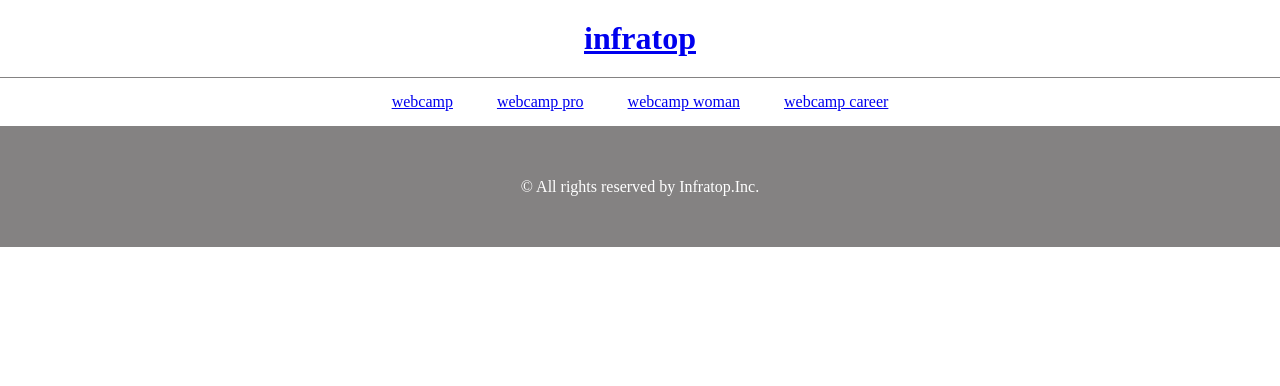
Repository: Takahiro620/dmmwebcamp
Page: enshu5/enshu5.html
The author's editor kept a record of every edit. The page is drawn from the files as they stood at one moment, then again after the next edit.
The browser window is 1280 px wide. The pictures show the whole page.

Above is the page before.

### enshu5/enshu5.html
<!DOCTYPE html>
<html lang="ja">
  <head>
    <meta charset="UTF-8" />
    <!-- CSSファイルの読み込み -->
    <link rel="stylesheet" href="enshu5.css" />
    <title>CARAVAN</title>
  </head>

  <body>

    <header>
      <h1 class="heading">
        <a href="http://infratop.jp/">
          infratop
        </a>
      </h1>
    </header>



    <nav>
      <ul class="nav-list">
        <li class="nav-list-item">
          <a href="enshu5.html">webcamp</a>
        </li>
        <li class="nav-list-item">
          <a href="enshu5.html">webcamp pro</a>
        </li>
        <li class="nav-list-item">
          <a href="enshu5.html">webcamp woman</a>
        </li>
        <li class="nav-list-item">
          <a href="enshu5.html">webcamp career</a>
        </li>
      </ul>
    </nav>




  <div class="main">
    <div class="box1"></div>
    <div class="box2"></div>
    <div class="box3"></div>
    <div class="box4"></div>
    <div class="box5"></div>
    <div class="box6"></div>
    <div class="box7"></div>
    <div class="box8"></div>
    <div class="box9"></div>
    <div class="box10"></div>
    <div class="box11"></div>
    <div class="box12"></div>
  </div>




    <footer>
      <p class="footer-text">© All rights reserved by Infratop.Inc.<p/>
    </footer>

  </body>
</html>

### enshu5/enshu5.css
* {
  margin: 0;
  padding: 0;
  box-sizing: border-box;
}




header {
  width: 100%;
  padding: 20px 0;
  margin: 0 auto;
  text-align: center;
}
header .heading { /* headerタグ内のheadingクラスにのみ反映される */
  font-size: 32px;
}




.nav-list{
  text-align: center;
  padding:15px auto;
  margin:0;
  border-bottom: 1px solid #848282;
  border-top: 1px solid #848282;
}
.nav-list-item{
  display: inline-block;
  list-style:none;
  margin:15px 20px;
}




footer{
  width: 100%;
  height: 120px;
  background-color: #848282;
  text-align:center;
  line-height: 120px;
}

.footer-text{
  color: #fff;
}

After the next edit:
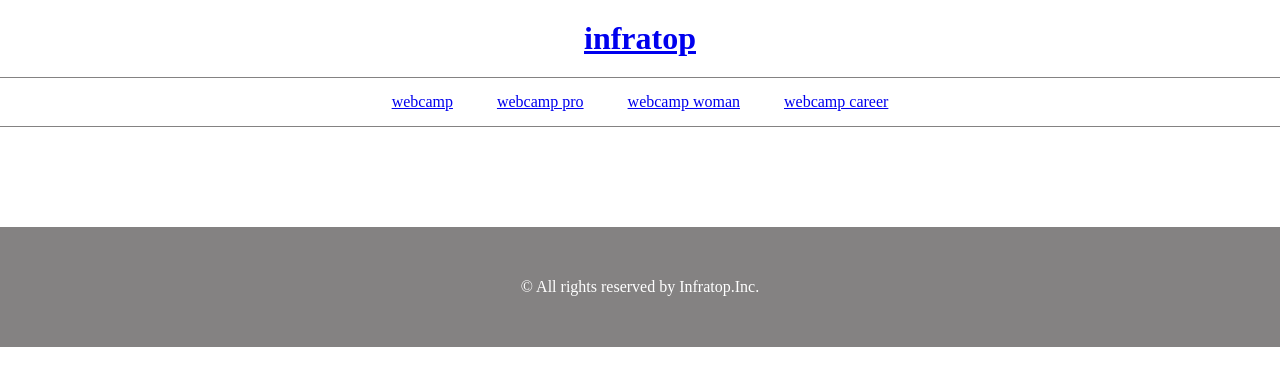
The edit:
--- a/enshu5/enshu5.css
+++ b/enshu5/enshu5.css
@@ -36,6 +36,19 @@
 
 
 
+.main{
+  width: 800px;
+  margin: 50px auto;
+  display: flex;
+  flex-wrap: wrap;
+}
+.box1{
+
+}
+
+
+
+
 footer{
   width: 100%;
   height: 120px;
